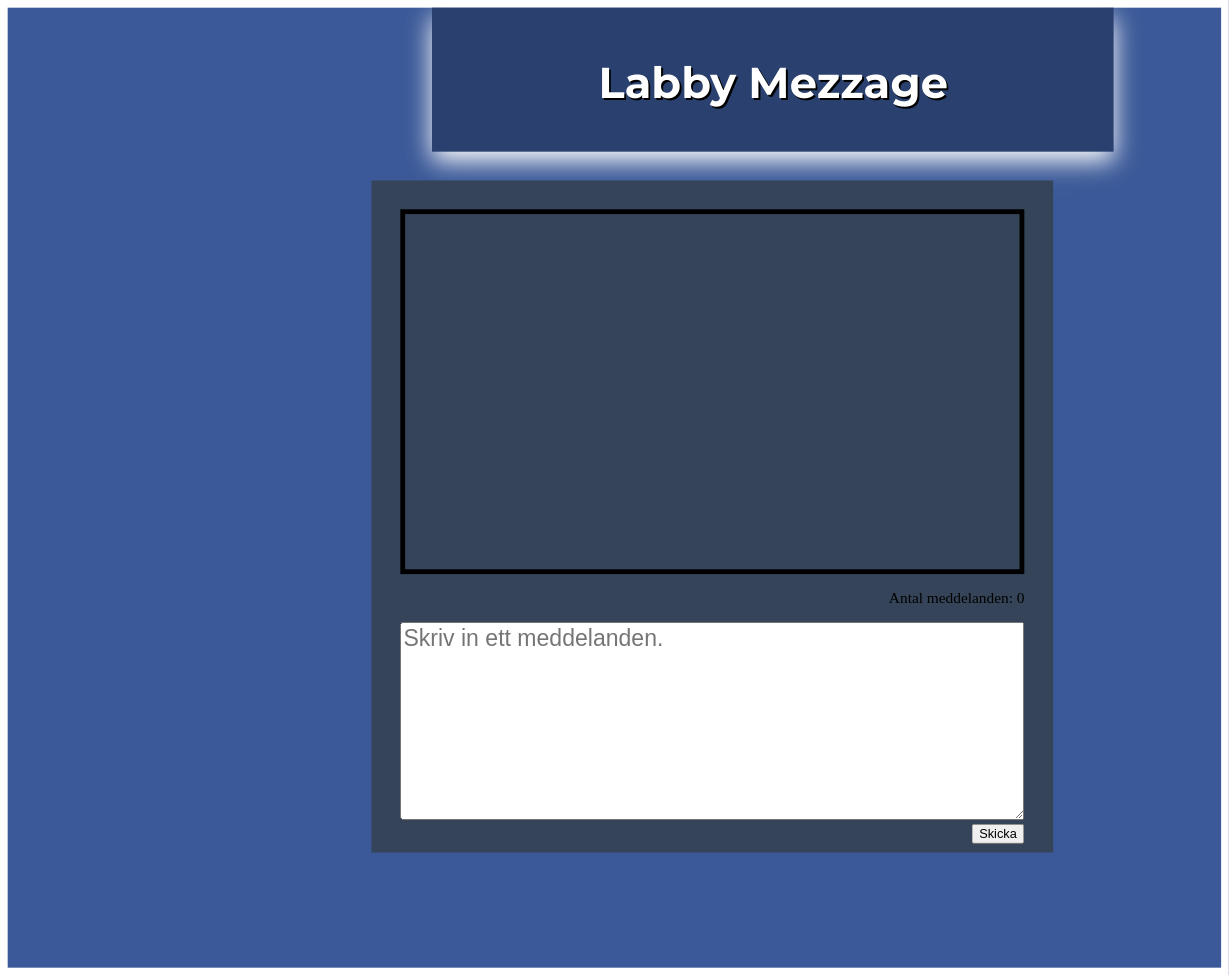
Repository: lw222gz/1dv403-laborationer-lw222gz
Page: 2-labbymezzage/index.html
The author's editor kept a record of every edit. The page is drawn from the files as they stood at one moment, then again after the next edit.
The browser window is 1280 px wide. The pictures show the whole page, at 96% of full size.

Above is the page before.

After the next edit:
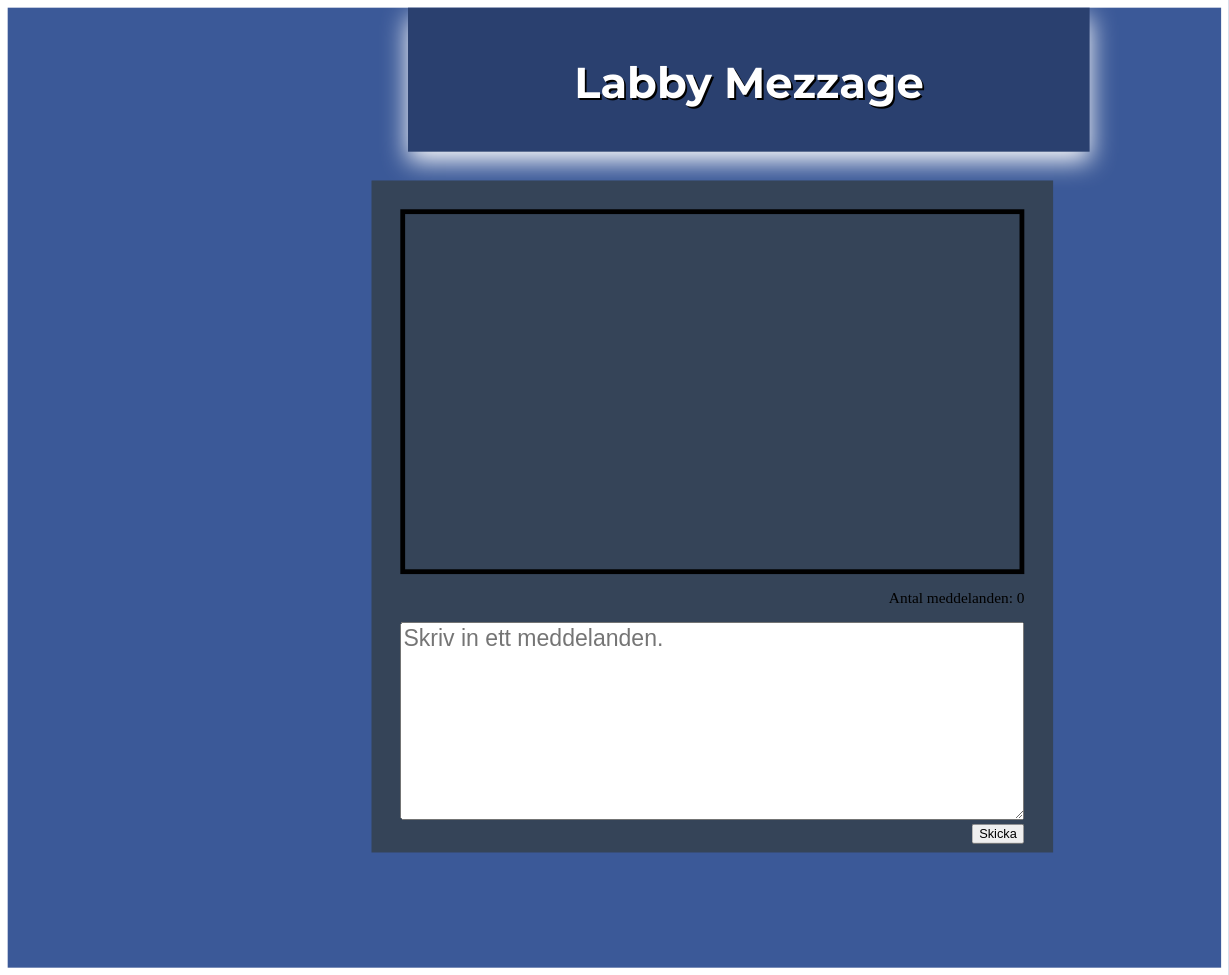
The edit:
--- a/2-labbymezzage/style.css
+++ b/2-labbymezzage/style.css
@@ -20,7 +20,7 @@
         font-size:45px;
         padding-top:50px;
         height:100px;
-        margin-left:35%;
+        margin-left:33%;
         background-color:#2A406F;
         width:710px;
         text-align:center;
